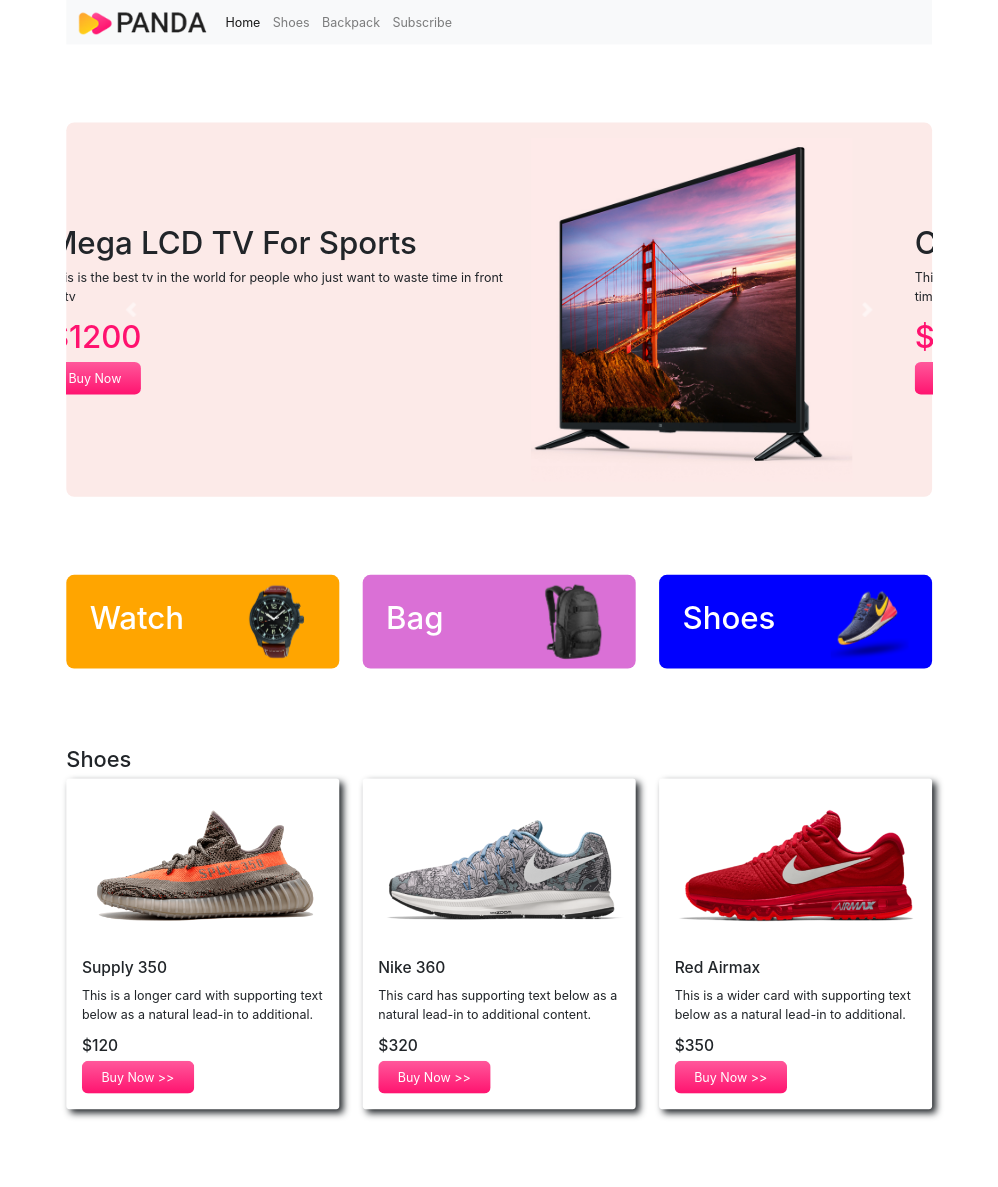
Repository: mohsinfarabi/panda-commerce
Page: index.html
These files come from the project's save history. The page is drawn as it stood at one moment and after the next save; the edit follows.
The browser window is 1280 px wide. The pictures show the whole page, at 78% of full size.

Above is the page before, as saved 2020-07-07 03:13:45.

After the next save:
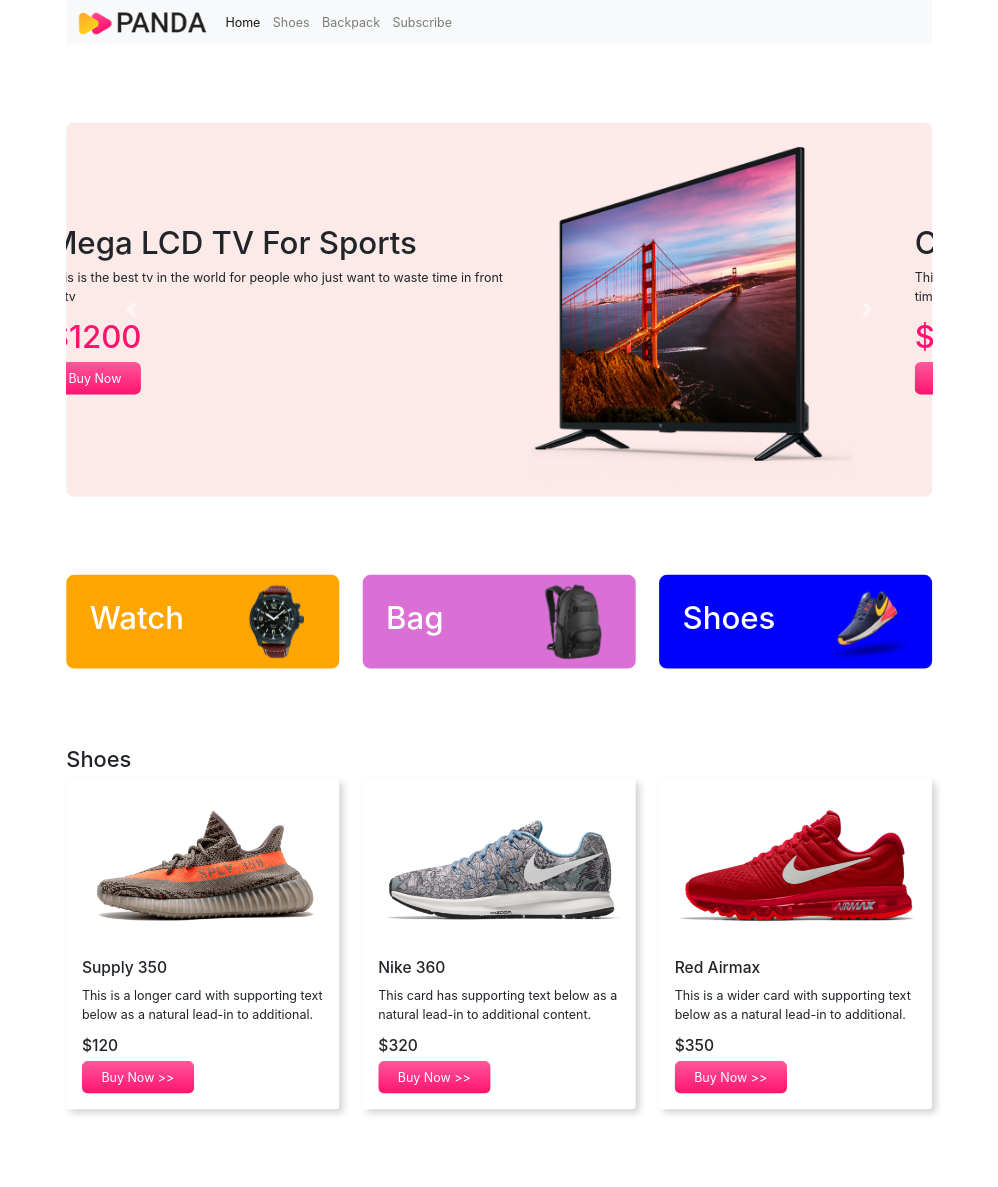
Saved 8 s later.
--- a/style.css
+++ b/style.css
@@ -53,5 +53,5 @@
 
 .card {
     border: none;
-    box-shadow: 5px 5px 10px;
+    box-shadow: 5px 5px 10px lightgray;
 }
